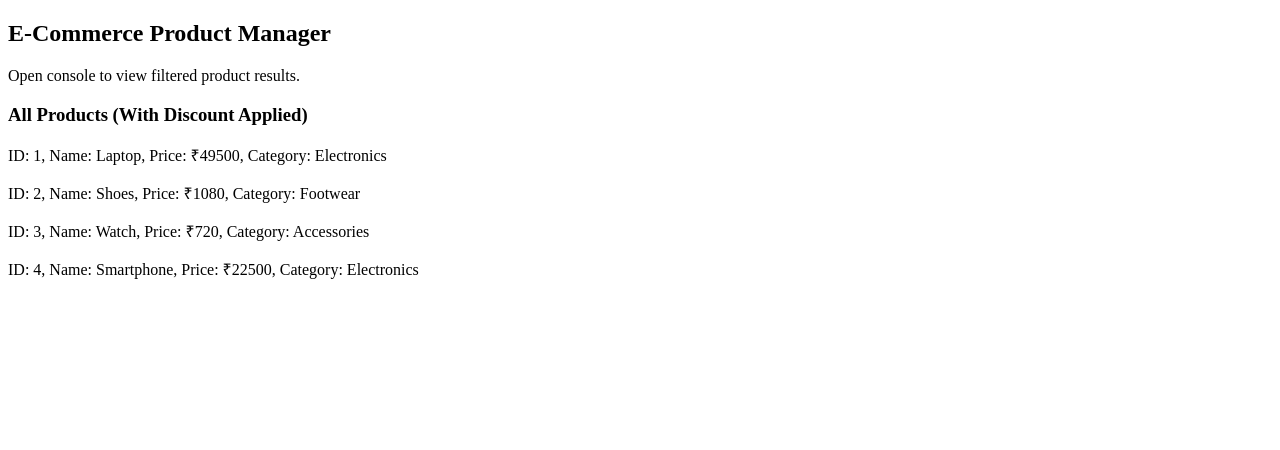
Repository: AdityaTech-Pro/FullStackWithBridgelabz
Page: JavaScript/Asssignment4/E-Commerce Product Manager Classes and Obeject/index.html
An editor plug-in stored every save of this project. The page is shown before and after the next save, followed by the edit.
The browser window is 1280 px wide. The pictures show the whole page.

Above is the page before, as saved 2025-11-18 10:19:26.

After the next save:
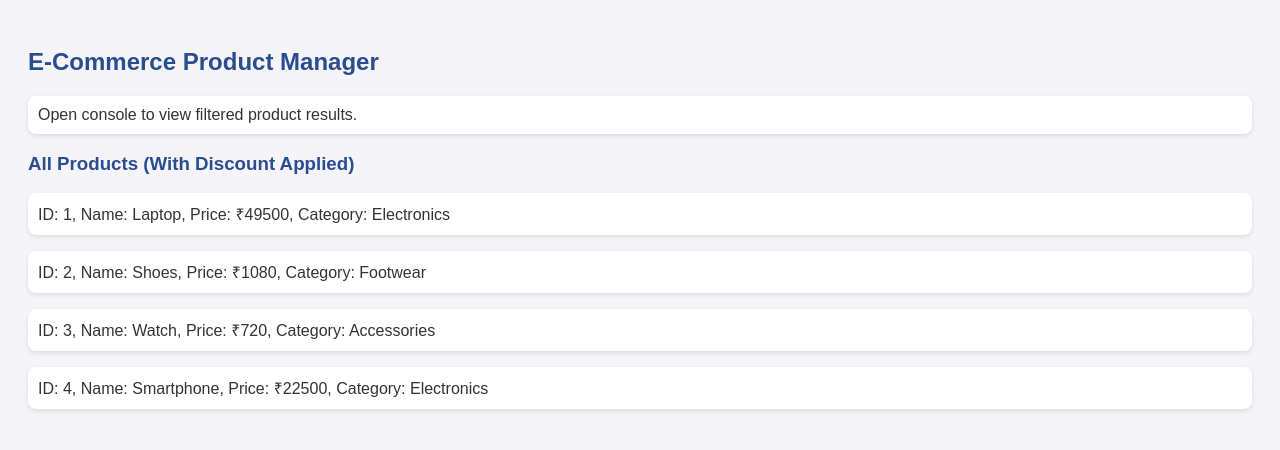
Saved 6 s later.
--- a/JavaScript/Asssignment4/E-Commerce Product Manager Classes and Obeject/index.html
+++ b/JavaScript/Asssignment4/E-Commerce Product Manager Classes and Obeject/index.html
@@ -4,14 +4,14 @@
 <head>
     <meta charset="UTF-8" />
     <title>E-Commerce Product Manager</title>
-    <lin rel="stylesheet" </head>
+    <link rel="stylesheet" href="style.css" />
 
-        <body>
-            <h2>E-Commerce Product Manager</h2>
-            <p>Open console to view filtered product results.</p>
+    <body>
+        <h2>E-Commerce Product Manager</h2>
+        <p>Open console to view filtered product results.</p>
 
-            <!-- Connecting JS File -->
-            <script src=" product.js "></script>
-        </body>
+        <!-- Connecting JS File -->
+        <script src=" product.js "></script>
+    </body>
 
 </html>
